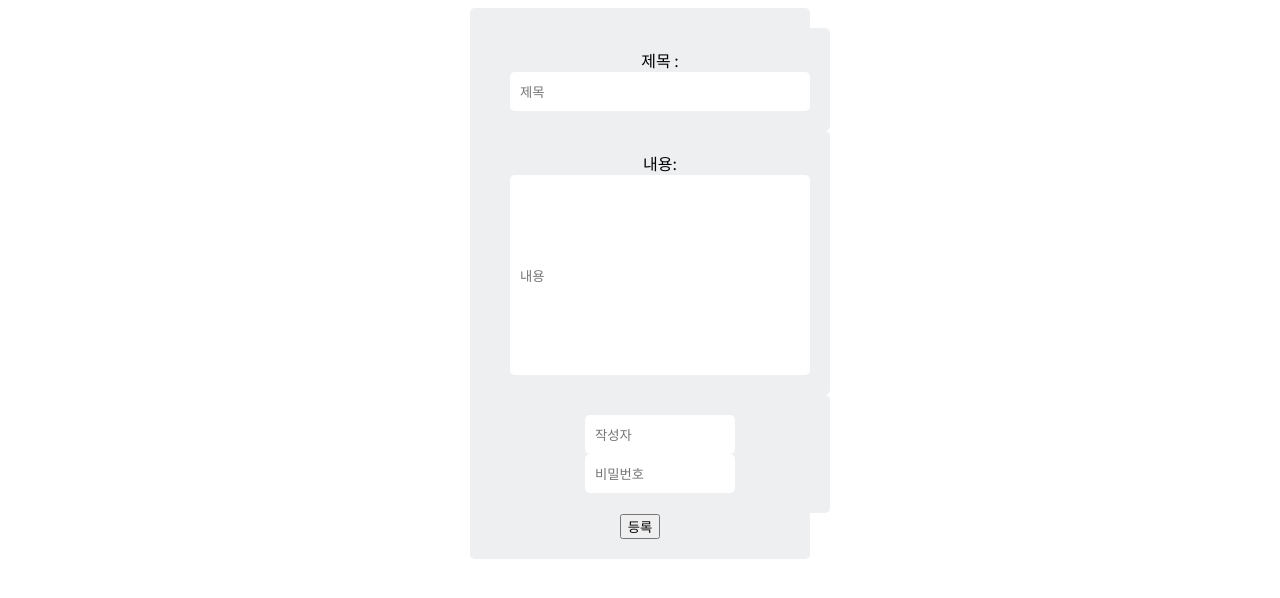
Repository: tae10/app-board-solo
Page: http://localhost/app-board/create
The author's editor kept a copy of each file at every save. The page is drawn from the files as they stood at one save, then again after the next save.
The browser window is 1280 px wide. The pictures show the whole page.
The page is served by Tomcat 9.

Above is the page before, as saved 2023-04-10 14:24:28.

After the next save:
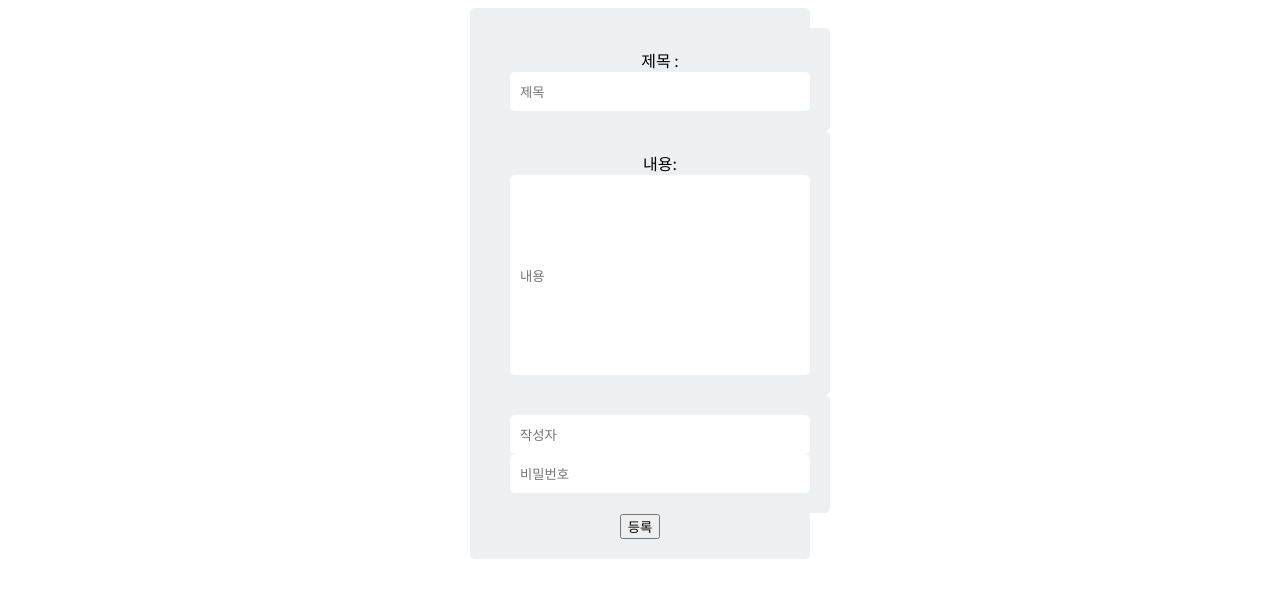
Saved 44 s later.
--- a/app-board/src/main/webapp/WEB-INF/views/board/create.jsp
+++ b/app-board/src/main/webapp/WEB-INF/views/board/create.jsp
@@ -15,12 +15,12 @@
 				제목 :<input  type="text" name="title" placeholder="제목">
 			</div>
 			<div>
-				내용:<input  style="height:200px" class="container" type="text" name="content" placeholder="내용" >
+				내용:<input style="height:200px" class="container" type="text" name="content" placeholder="내용" >
 			</div>
 			<c:if test="${empty sessionScope.logonUser }">
 				<div>
-					<input style="width:150px" type="text" name="writer" placeholder="작성자">
-					<input style="width:150px" type="text" name="boardPass" placeholder="비밀번호">
+					<input style="width:300px" type="text" name="writer" placeholder="작성자">
+					<input style="width:300px" type="text" name="boardPass" placeholder="비밀번호">
 				</div>
 			</c:if>
 			<button id="btn-dark" type="submit">등록</button>
